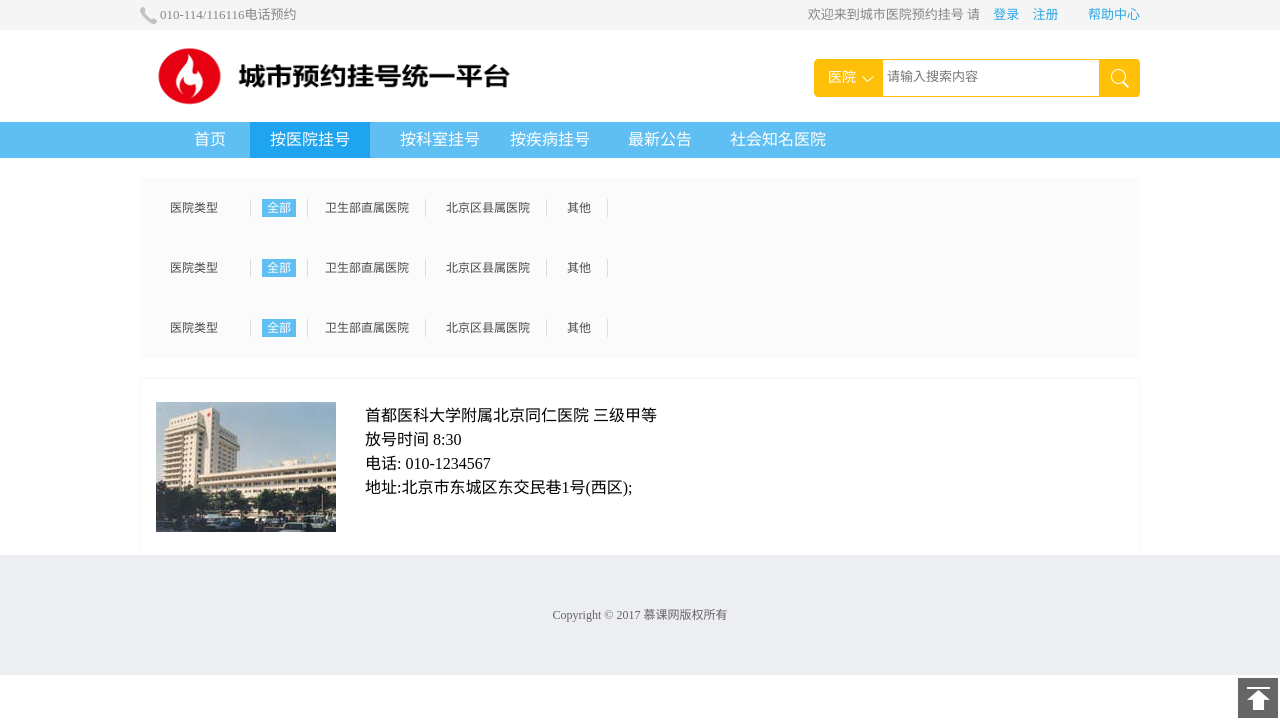
Repository: ScarApocalypse/study
Page: 挂号平台/hosptial.html
The author's editor kept a copy of each file at every save. The page is drawn from the files as they stood at one save, then again after the next save.
The browser window is 1280 px wide. The pictures show the whole page.

Above is the page before, as saved 2019-01-21 16:17:01.

After the next save:
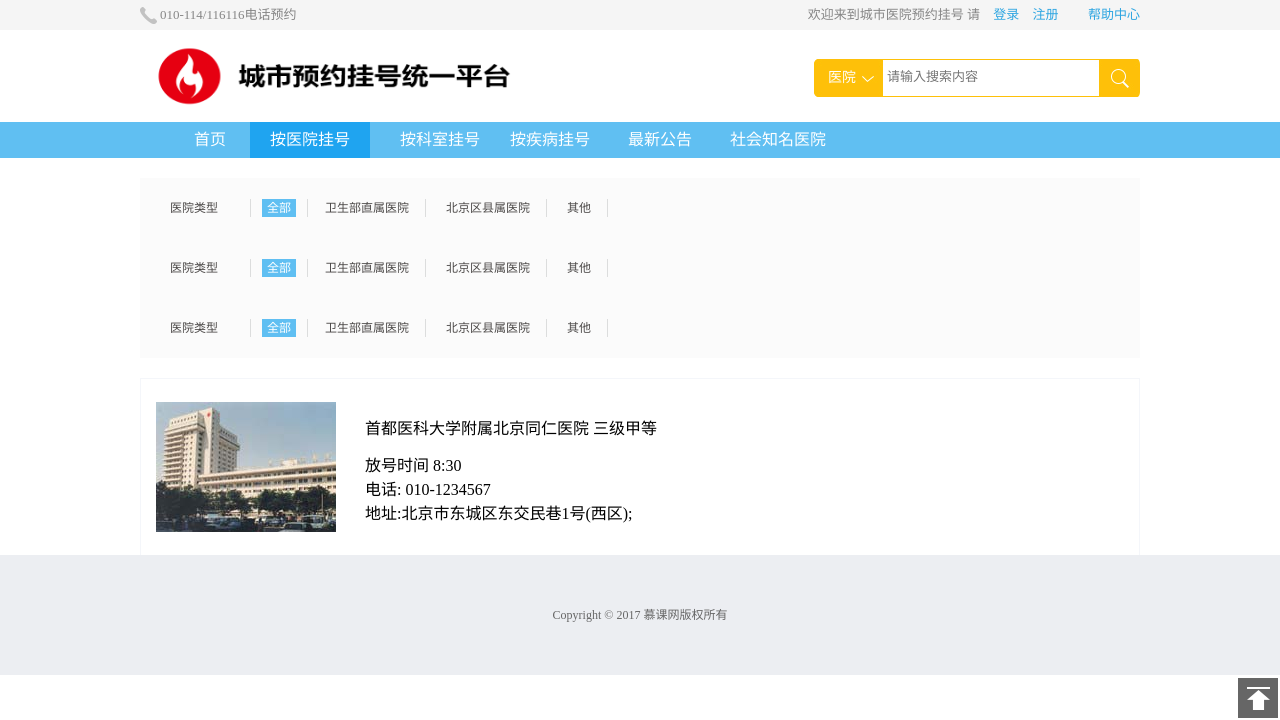
Saved 39 s later.
--- a/挂号平台/css/hosptial.css
+++ b/挂号平台/css/hosptial.css
@@ -72,3 +72,6 @@
     width: 100%;
     height: 100%;
 }
+.datalist .item .name{
+    padding:13px 0;
+}
